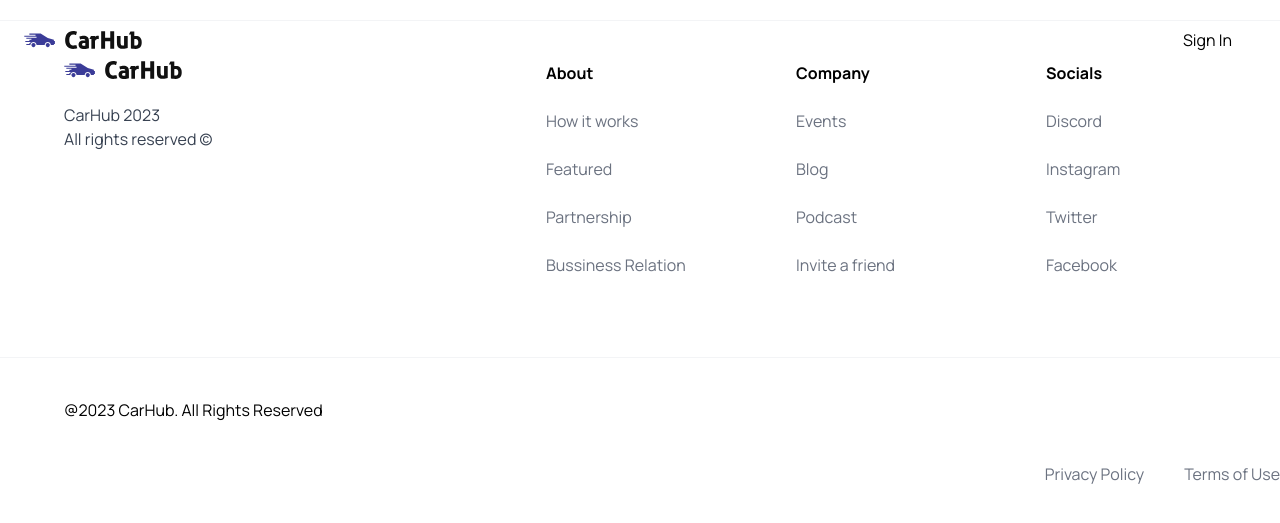
Repository: Astridtu/Website_02
Page: /
The author's editor kept a copy of each file at every save. The page is drawn from the files as they stood at one save, then again after the next save.
The browser window is 1280 px wide. The pictures show the whole page.
The project was rebuilt for these pictures with package versions that can differ from the ones it lists, and the page was loaded fresh each time. The framework's server and built-in components were replaced by stand-ins that run in the browser. Also part of the build but not shown: next.config.js.

Above is the page before, as saved 2023-10-23 13:46:44.

After the next save:
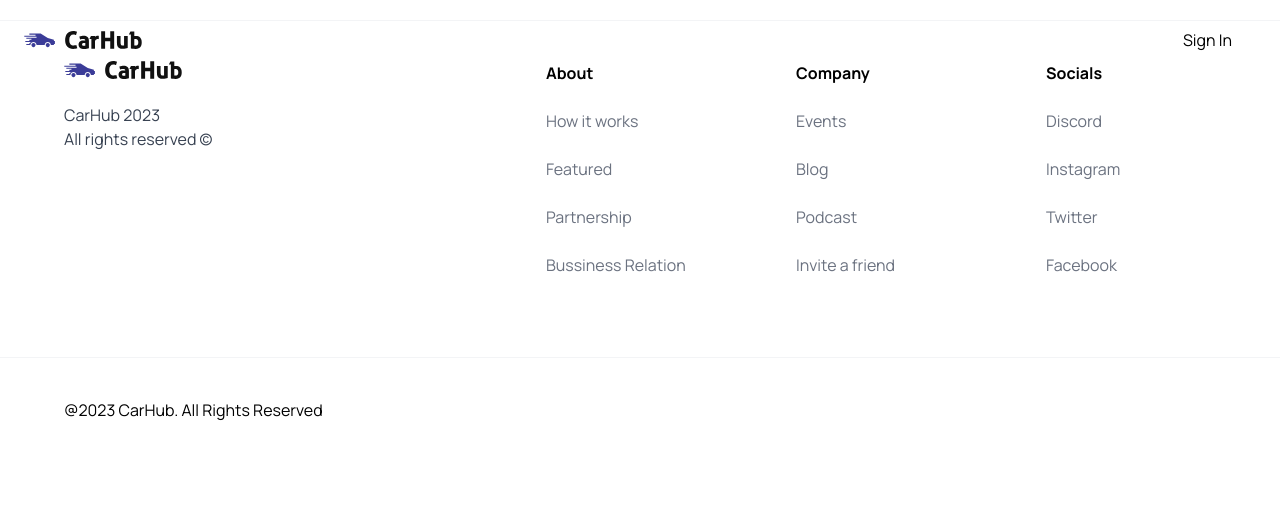
Saved 55 s later.
--- a/components/Footer.tsx
+++ b/components/Footer.tsx
@@ -43,15 +43,9 @@
                 <p>@2023 CarHub. All Rights Reserved</p>
             </div>
             <div className="footer__copyrights-link">
-                <a
-                href="/"
-                className="text-gray-500">
-                    Privacy Policy
-                </a>
-                <a
-                href="/"
-                className="text-gray-500">
-                    Terms of Use
+                <a href="/"
+                >
+
                 </a>
             </div>
     </footer>

After the save that followed:
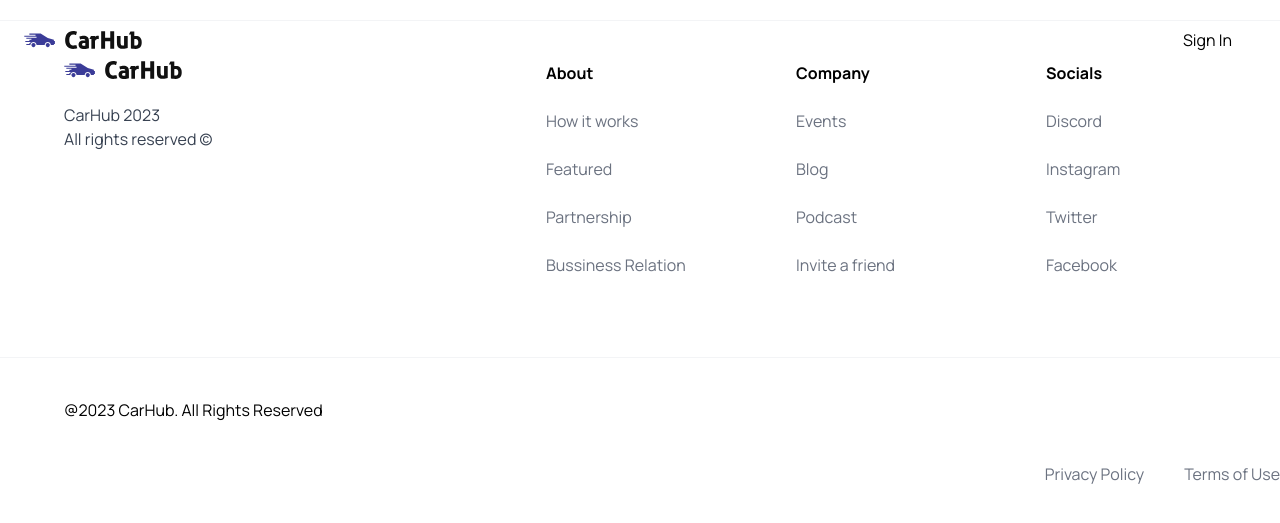
Saved 85 s later.
--- a/components/Footer.tsx
+++ b/components/Footer.tsx
@@ -44,8 +44,12 @@
             </div>
             <div className="footer__copyrights-link">
                 <a href="/"
-                >
-
+                className="text-gray-500">
+                    Privacy Policy
+                </a>
+                <a href="/"
+                className="text-gray-500">
+                    Terms of Use
                 </a>
             </div>
     </footer>
